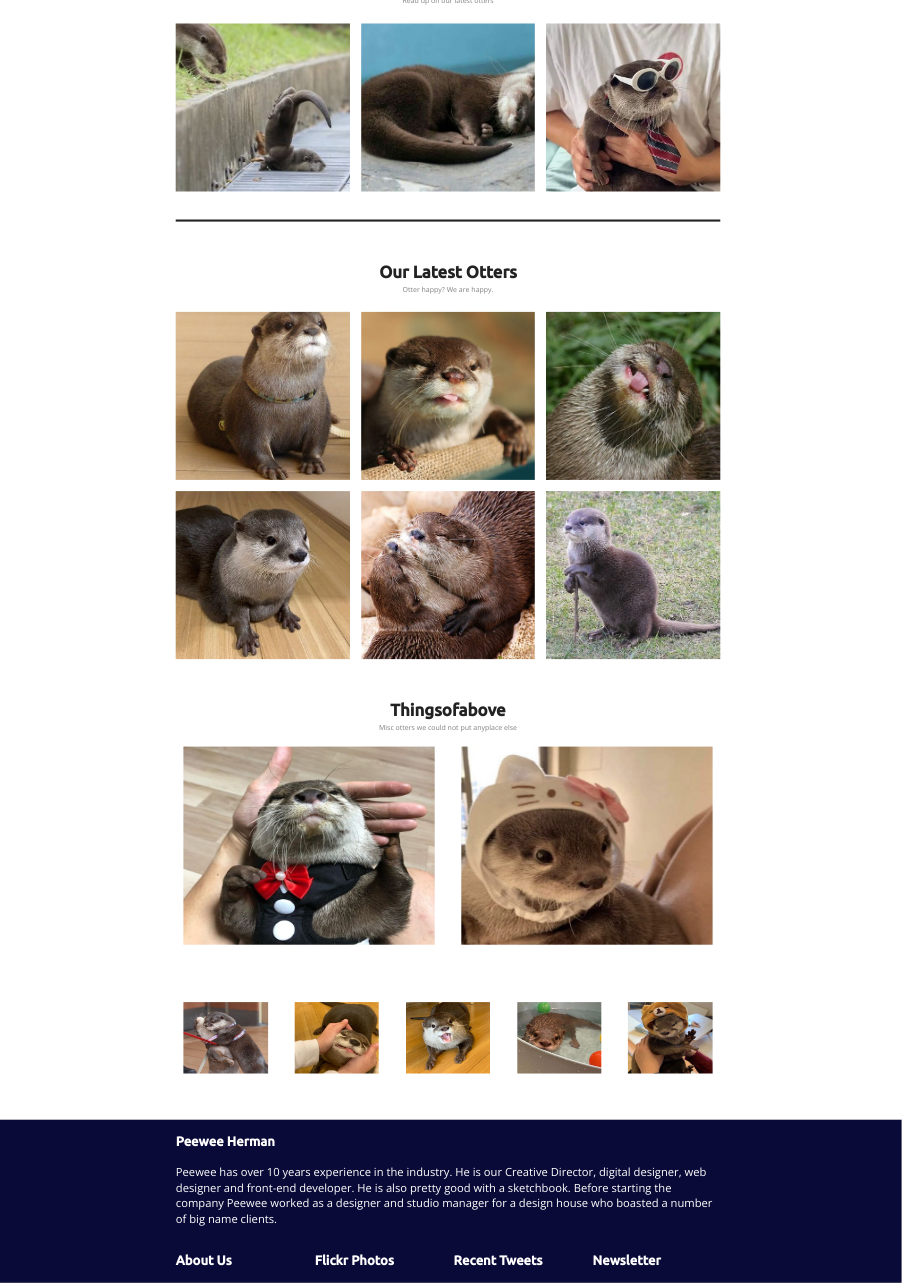
Repository: kennyharman/Marlowe_Kenny_Lab_02B
Page: index.html
These files come from the project's save history. The page is drawn as it stood at one moment and after the next save; the edit follows.
The browser window is 1280 px wide. The page is 1296 px wide, so the pictures cover 1296 px, including what lies to the right of the window. The pictures show the part of the page from y = 1022 to 2902 px (the page is 2862 px tall before and 2902 px after), at 70% of full size.

Above is the page before, as saved 2024-02-08 20:18:29.

### index.html
<!doctype html>
<html class="no-js" lang="EN">

<head>
  <meta charset="utf-8">
  <meta name="viewport" content="width=device-width, initial-scale=1">
  <title></title>
  <link rel="stylesheet" href="css/style.css">
  <link href="https://fonts.googleapis.com/css2?family=Open+Sans:ital,wght@0,400;0,700;1,400&family=Ubuntu:ital,wght@0,300;0,500;1,300&display=swap" rel="stylesheet">
  <meta name="description" content="">

  <meta property="og:title" content="Metrolics page">
  <meta property="og:type" content="website">
  <meta property="og:url" content="http://localhost:8888/metrolics/">

  <link rel="icon" href="/favicon.ico" sizes="any">
  <link rel="icon" href="/icon.svg" type="image/svg+xml">
  <link rel="apple-touch-icon" href="icon.png">

  <link rel="manifest" href="site.webmanifest">
  <meta name="theme-color" content="#fafafa">
</head>

<body class="page">
  <script src="js/app.js"></script>

<header class="page__header">
  <div class="row m-col-2 l-col-2 menu">
    <div class="col header__menu-logo">
      <h1>Metrolics</h1>
    </div>
    <div class="col header__menu-nav">
      Home
      Pages
      Blog
      Portfolio
      Home
    </div>
</header>

<main>
  <div class="page__banner">
    <div class="col banner-header">
      <img src="images/pink_otter.jpg">
      <ul class="listed-items">
        <li>Metro Style</li>
        <li>Retina Ready</li>
        <li>Responsive Design</li>
      </ul>
    </div>
  </div>
  <div class="page__section">
    <div class="row header">
      <div class="col header-text">
        <h2>Hey guys! This is the <span class="text__color-change">Metrolics</span> theme.<br/>It sports a responsive layout with a mobile layout.</h2>
      </div>
    </div>
  </div>

  <div class="section-services">
    <div class="row m-col-2 l-col-4">
      <div class="col m-row-span l-row-span heading">
        <h3>Things That We Do</h3>
        <p>Ask us what we can do for you</p>
      </div>
      <div class="col services-card">
        <h4>Otter solutions</h4>
        We are a fairly small, flexible otter studio that designs for print and web. We work flexibly with otters to fulfil their design needs. Whether you need to create an otter from scratch, including marketing materials
      </div>
      <div class="col services-card">
        <h4>Photography</h4>
        We are a fairly small, flexible otter studio that designs for print and web. We work flexibly with otters to fulfil their design needs. Whether you need to create an otter from scratch, including marketing materials
      </div>
      <div class="col services-card">
        <h4>Otter Development</h4>
        We are a fairly small, flexible otter studio that designs for print and web. We work flexibly with otters to fulfil their design needs. Whether you need to create an otter from scratch, including marketing materials
      </div>
      <div class="col services-card">
        <h4>Otter Design</h4>
        We are a fairly small, flexible otter studio that designs for print and web. We work flexibly with otters to fulfil their design needs. Whether you need to create an otter from scratch, including marketing materials
      </div>
    </div>
  </div>
    </div>
  </div>

  <div class="section-work">
    <div class="row m-col-2 l-col-3">
      <div class="col m-row-span l-row-span heading">
        <h3>What's Up Lately</h3>
        <p>Read up on our latest otters</p>
      </div>
      <div class="col m-row-span image">
        <img src="images/otter7.jpg" alt="Otter Fall">
      </div>
      <div class="col image">
        <img src="images/otter8.jpg" alt="Sleepy Otter">
      </div>
      <div class="col image">
        <img src="images/otter9.jpg" alt="Madi the Otter">
      </div>
    </div>
  </div>

  <div class="section-projects">
    <div class="row m-col-2 l-col-3">
      <div class="col m-row-span l-row-span heading">
        <h3>Our Latest Otters</h3>
        <p>Otter happy? We are happy.</p>
      </div>
      <div class="col image">
        <img src="images/otter1.jpg" alt="Curious Otter">
      </div>
      <div class="col image">
        <img src="images/otter2.jpg" alt="Teasing Otter">
      </div>
      <div class="col image">
        <img src="images/otter3.jpg" alt="Otter Playing Dead">
      </div>
      <div class="col image">
        <img src="images/otter4.jpg" alt="Pondering Otter">
      </div>
      <div class="col image">
        <img src="images/otter5.jpg" alt="Loving Otters">
      </div>
      <div class="col image">
        <img src="images/otter6.jpg" alt="Wise Otter">
      </div>
    </div>
  </div>

  <div class="section-misc">
    <div class="row l-col-2">
      <div class="col l-row-span heading">
        <h3>Thingsofabove</h3>
        <p>Misc otters we could not put anyplace else</p>
      </div>
      <div class="col misc-content">
        <img src="images/otter10.jpg" alt="Snazzy Otter">
      </div>
      <div class="col misc-content">
        <img src="images/otter11.jpg" alt="Hello Kitty Otter">
      </div>
    </div>
  </div>

  <div class="section-affiliates">
    <div class="row m-col-5 l-col-5">
      <div class="col affiliates-card">
        <img src="images/otter12.jpg" alt="Otter Hug">
      </div>
      <div class="col affiliates-card">
        <img src="images/otter13.jpg" alt="Otter Stretch">
      </div>
      <div class="col affiliates-card">
        <img src="images/otter14.jpg" alt="Surprised Otter">
      </div>
      <div class="col affiliates-card">
        <img src="images/otter15.jpg" alt="Otter Bath">
      </div>
      <div class="col affiliates-card">
        <img src="images/otter16.jpg" alt="Otter Bear">
      </div>
    </div>
  </div>
</main>
<footer class="page__footer">
  <div class="row m-col-2 l-col-4 footer">
    <div class="col m-row-span l-row-span footer-heading">
      <h3>Peewee Herman</h3>
      <p>Peewee has over 10 years experience in the industry. He is our Creative Director, digital designer, web designer and front-end developer. He is also pretty good with a sketchbook. Before starting the company Peewee worked as a designer and studio manager for a design house who boasted a number of big name clients.</p>
    </div>
    <div class="col footer-item">
      <h3>About Us</h3>
    </div>
    <div class="col footer-item">
      <h3>Flickr Photos</h3>
    </div>
    <div class="col footer-item">
      <h3>Recent Tweets</h3>
    </div>
    <div class="col footer-item">
      <h3>Newsletter</h3>
    </div>
  </div>
</footer>
</body>

### css/style.css
/*! HTML5 Boilerplate v9.0.0-RC1 | MIT License | https://html5boilerplate.com/ */

/* main.css 3.0.0 | MIT License | https://github.com/h5bp/main.css#readme */
/*
 * What follows is the result of much research on cross-browser styling.
 * Credit left inline and big thanks to Nicolas Gallagher, Jonathan Neal,
 * Kroc Camen, and the H5BP dev community and team.
 */

/* ==========================================================================
   Base styles: opinionated defaults
   ========================================================================== */

html {
  color: #222;
  font-size: 1em;
  line-height: 1.4;
  margin-left: -1rem;
  margin-right: -1rem;
}

/*
 * Remove text-shadow in selection highlight:
 * https://twitter.com/miketaylr/status/12228805301
 *
 * Customize the background color to match your design.
 */

::-moz-selection {
  background: #b3d4fc;
  text-shadow: none;
}

::selection {
  background: #b3d4fc;
  text-shadow: none;
}

/*
 * A better looking default horizontal rule
 */

hr {
  display: block;
  height: 1px;
  border: 0;
  border-top: 1px solid #ccc;
  margin: 1em 0;
  padding: 0;
}

/*
 * Remove the gap between audio, canvas, iframes,
 * images, videos and the bottom of their containers:
 * https://github.com/h5bp/html5-boilerplate/issues/440
 */

audio,
canvas,
iframe,
img,
svg,
video {
  vertical-align: middle;
}

/*
 * Remove default fieldset styles.
 */

fieldset {
  border: 0;
  margin: 0;
  padding: 0;
}

/*
 * Allow only vertical resizing of textareas.
 */

textarea {
  resize: vertical;
}

/* ==========================================================================
   Author's custom styles
   ========================================================================== */

/* ==========================================================================
   Helper classes
   ========================================================================== */

/*
 * Hide visually and from screen readers
 */

.hidden,
[hidden] {
  display: none !important;
}

/*
 * Hide only visually, but have it available for screen readers:
 * https://snook.ca/archives/html_and_css/hiding-content-for-accessibility
 *
 * 1. For long content, line feeds are not interpreted as spaces and small width
 *    causes content to wrap 1 word per line:
 *    https://medium.com/@jessebeach/beware-smushed-off-screen-accessible-text-5952a4c2cbfe
 */

.visually-hidden {
  border: 0;
  clip: rect(0, 0, 0, 0);
  height: 1px;
  margin: -1px;
  overflow: hidden;
  padding: 0;
  position: absolute;
  white-space: nowrap;
  width: 1px;
  /* 1 */
}

/*
 * Extends the .visually-hidden class to allow the element
 * to be focusable when navigated to via the keyboard:
 * https://www.drupal.org/node/897638
 */

.visually-hidden.focusable:active,
.visually-hidden.focusable:focus {
  clip: auto;
  height: auto;
  margin: 0;
  overflow: visible;
  position: static;
  white-space: inherit;
  width: auto;
}

/*
 * Hide visually and from screen readers, but maintain layout
 */

.invisible {
  visibility: hidden;
}

/*
 * Clearfix: contain floats
 *
 * The use of `table` rather than `block` is only necessary if using
 * `::before` to contain the top-margins of child elements.
 */

.clearfix::before,
.clearfix::after {
  content: "";
  display: table;
}

.clearfix::after {
  clear: both;
}

/* ==========================================================================
   EXAMPLE Media Queries for Responsive Design.
   These examples override the primary ('mobile first') styles.
   Modify as content requires.
   ========================================================================== */

@media only screen and (min-width: 35em) {
  /* Style adjustments for viewports that meet the condition */
}

@media print,
  (-webkit-min-device-pixel-ratio: 1.25),
  (min-resolution: 1.25dppx),
  (min-resolution: 120dpi) {
  /* Style adjustments for high resolution devices */
}

/* ==========================================================================
   Print styles.
   Inlined to avoid the additional HTTP request:
   https://www.phpied.com/delay-loading-your-print-css/
   ========================================================================== */

@media print {
  *,
  *::before,
  *::after {
    background: #fff !important;
    color: #000 !important;
    /* Black prints faster */
    box-shadow: none !important;
    text-shadow: none !important;
  }

  a,
  a:visited {
    text-decoration: underline;
  }

  a[href]::after {
    content: " (" attr(href) ")";
  }

  abbr[title]::after {
    content: " (" attr(title) ")";
  }

  /*
   * Don't show links that are fragment identifiers,
   * or use the `javascript:` pseudo protocol
   */
  a[href^="#"]::after,
  a[href^="javascript:"]::after {
    content: "";
  }

  pre {
    white-space: pre-wrap !important;
  }

  pre,
  blockquote {
    border: 1px solid #999;
    page-break-inside: avoid;
  }

  tr,
  img {
    page-break-inside: avoid;
  }

  p,
  h2,
  h3 {
    orphans: 3;
    widows: 3;
  }

  h2,
  h3 {
    page-break-after: avoid;
  }
}

/* Our Styling */

h1,
h2,
h3,
h4,
h5,
h6 {
    font-family: 'Ubuntu', sans-serif;
}

p {
    font-family: 'Open Sans', sans-serif;
}

.row {
  display: grid;
  margin-top: 2rem;
  column-gap: 1rem;
}
.col {
  position: relative;
  max-height: 100%;

}

.page__header,
.banner-header,
.page__section,
.section-services,
.section-work,
.section-projects,
.section-misc,
.section-affiliates,
.footer {
  margin: auto;
  width: 60%;
}

.heading {
  display: flex;
  flex-direction: column;
  align-items: center;
  padding: 0 auto;
}

.heading > h3 {
  margin-bottom: 0;
  font-size: 24px;
}

.heading > p {
  margin-top: 0;
  font-size: 10px;
  color: grey;
}

.header-text {
  text-align: center;
}

.text__color-change {
  color: lightskyblue;
}

.listed-items {
  position: absolute;
  top: 5rem;
  left: 5rem;
  list-style-type: none;
}

.listed-items > li {
  background-color: white;
  margin-top: 2px;
  padding-top: 0.5rem;
  padding-bottom: 0.5rem;
  font-family: 'Ubuntu', sans-serif;
}

.listed-items li:nth-child(1) {
  border-left: solid 5px blue;
  padding-left: 1rem;
  padding-right: 1rem;
  width: fit-content;
}

.listed-items li:nth-child(2) {
  border-left: solid 5px red;
  padding-left: 1rem;
  padding-right: 1rem;
  width: fit-content;
}

.listed-items li:nth-child(3) {
  border-left: solid 5px yellow;
  padding-left: 1rem;
  padding-right: 1rem;
  width: fit-content;
}

.banner-header {
  position: relative;
}

.services-card {
  text-align: center;
  font-size: 10px;
  padding: 10px;
  color: grey;
  font-family: 'Open Sans', sans-serif;
  line-height: 20px;
}

.services-card > h4 {
  color: black;
}

.image {
  width: 100%;
  height: 15rem;
  margin-top: 1rem;
}

.image > img {
  width: 100%;
  height: 100%;
  object-fit: cover;
}

.misc-content {
  margin-top: 1.5rem;
  margin: 0.7rem;
  margin-bottom: -2rem;
}

.misc-content > img {
  width: 100%;
  height: 85%;
}

.affiliates-card {
  margin: 0.7rem;
  margin-bottom: 3rem;
}

.affiliates-card > img {
  width: 100%;
  height: 85%;;
}

.banner-header {
  justify-content: center;
}

.banner-header > img {
  width: 100%;
  max-height: 70%;
}

.page__banner {
  background-color: lightgray;
}

.page__footer {
  background-color: rgb(10, 10, 56);
  color: white;
}

.section-work {
  border-bottom: 3px solid;
  padding-bottom: 2.5rem;
}

/* Small only */
@media screen and (max-width: 39.9375em) {
  .page__header,
.banner-header,
.page__section,
.section-services,
.section-work,
.section-projects,
.section-misc,
.section-affiliates,
.footer {
  margin: auto;
  width: 20rem;
}

.header {
  margin: -5px;
}
  .header__menu-nav {
    display: none;
  }
  .page__banner {
    display: none;
  }
  .affiliates {
    display: none;
  }
  .misc {
    display: none;
  }
  .services-card {
    text-align: left;
    font-size: 12px;
    padding: 0px;
    color: grey;
    font-family: 'Open Sans', sans-serif;
    line-height: 15px;
    padding-top: 20px;
  }
  .services-card > h4 {
    line-height: 0px;
  }
  .section-misc {
    display: none;
  }
  .section-affiliates {
    display: none;
  }
}

/* Medium only */
@media screen and (min-width: 40em) and
(max-width: 63.9375em) {
  .row {
    max-width: 70rem;
    column-gap: 1.5rem;
    row-gap: 1.5rem;
    margin: 0 auto;
  }
  .m-col-2 {
    grid-template-columns: 1fr 1fr;
  }
  .m-col-3 {
    grid-template-columns: repeat(3, 1fr);
  }
  .m-col-4 {
    grid-template-columns: repeat(4, 1fr);
  }
  .m-col-5 {
    grid-template-columns: repeat(5, 1fr);
  }

  .m-row-span {
    grid-column-start: 1;
    grid-column-end: -1;
  }
}

/* Large only */
@media screen and (min-width: 64em) {
  .l-col-2 {
    grid-template-columns: 1fr 1fr;
  }
  .l-col-3 {
    grid-template-columns: repeat(3, 1fr);
  }
  .l-col-4 {
    grid-template-columns: repeat(4, 1fr);
  }
  .l-col-5 {
    grid-template-columns: repeat(5, 1fr);
  }

  .l-row-span {
    grid-column-start: 1;
    grid-column-end: -1;
  }
}

Loaded but not shown: js/app.js (no stored copy; drawn as an empty file)

After the next save:
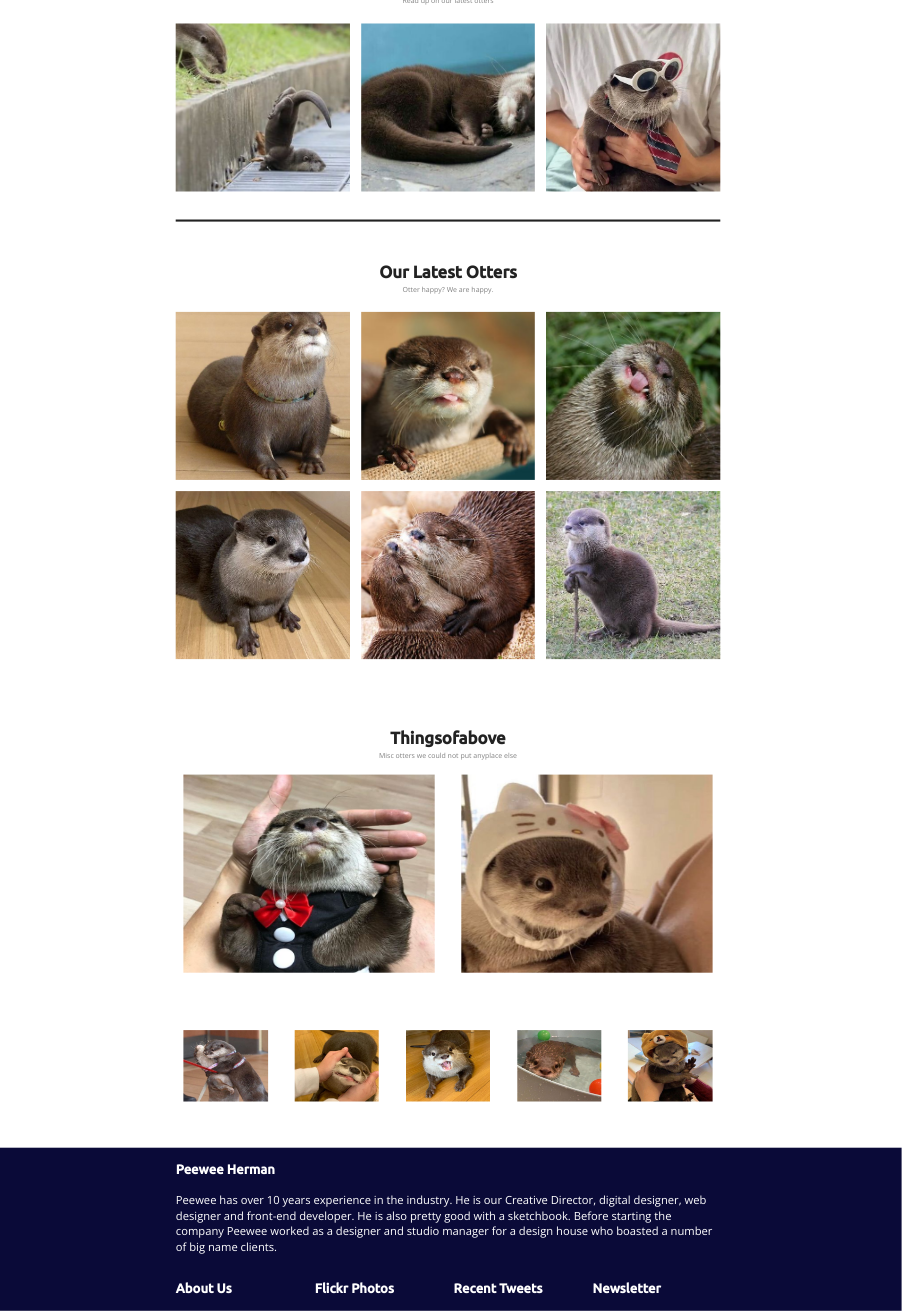
Saved 65 s later.
--- a/css/style.css
+++ b/css/style.css
@@ -418,6 +418,10 @@ p {
 
 .section-work {
   border-bottom: 3px solid;
+  padding-bottom: 2.5rem;
+}
+
+.section-projects {
   padding-bottom: 2.5rem;
 }
 
